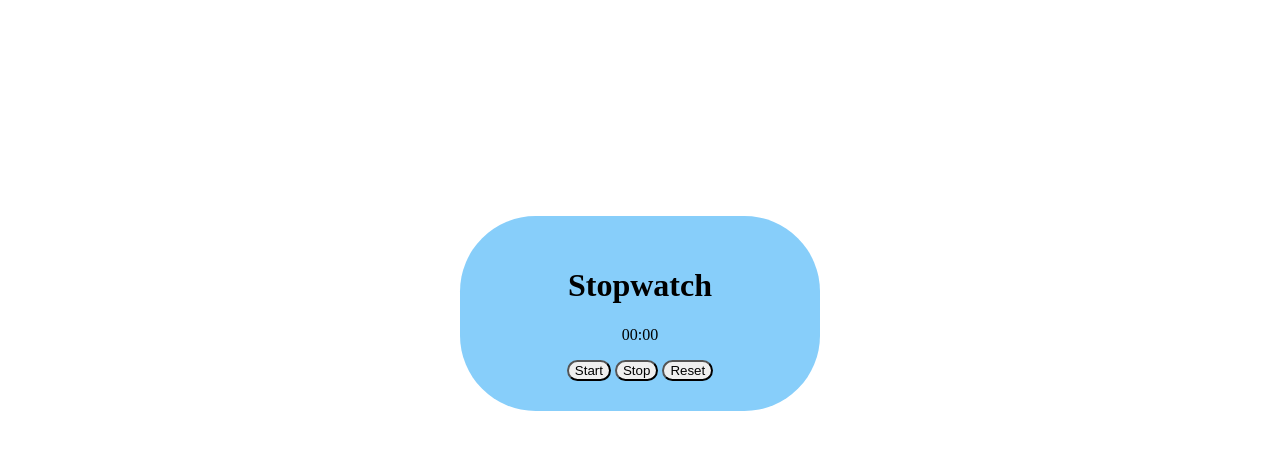
Repository: LeyaAbraham/web-dev
Page: clock.html
The author's editor kept a copy of each file at every save. The page is drawn from the files as they stood at one save, then again after the next save.
The browser window is 1280 px wide. The pictures show the whole page.

Above is the page before, as saved 2021-01-05 23:12:32.

After the next save:
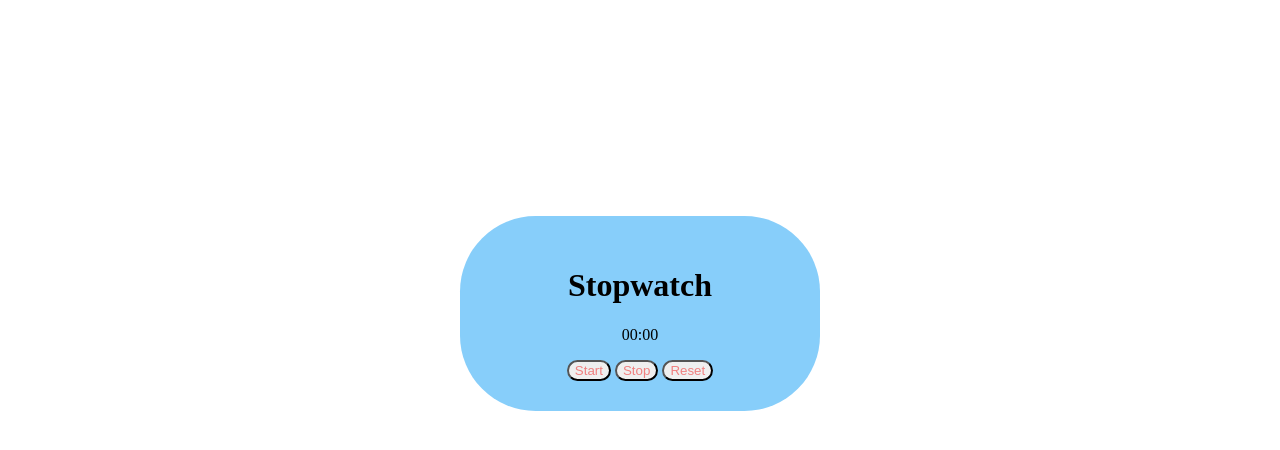
Saved 16 s later.
--- a/style.css
+++ b/style.css
@@ -17,4 +17,5 @@
 
 button {
     border-radius: 1cm;
+    color: lightcoral
 }
